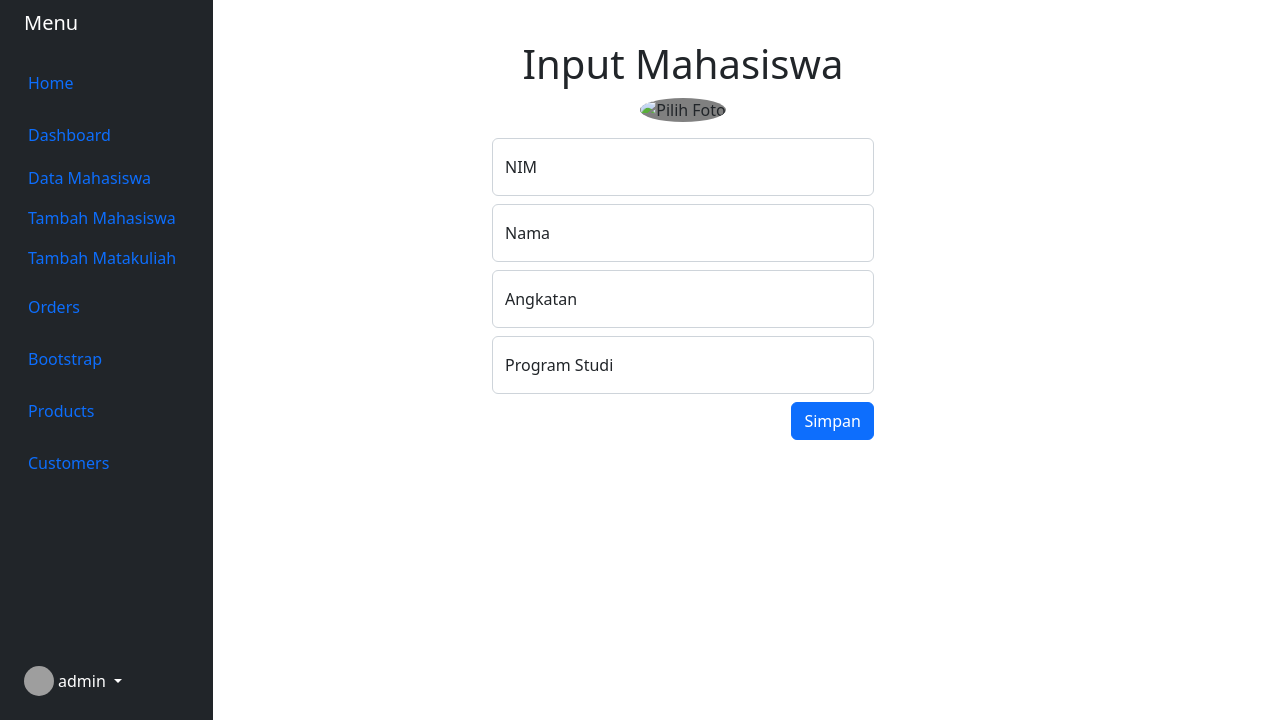
Repository: ervina991/uas-headless-cms
Page: /admin/mahasiswa/createmahasiswa
The author's editor kept a copy of each file at every save. The page is drawn from the files as they stood at one save, then again after a run of saves.
The browser window is 1280 px wide. The pictures show the whole page.
Pictures or frames that could not be fetched are drawn as grey boxes. The project was rebuilt for these pictures with package versions that can differ from the ones it lists, and the page was loaded fresh each time. The framework's server and built-in components were replaced by stand-ins that run in the browser. Also part of the build but not shown: next.config.js.

Above is the page before, as saved 2023-01-15 16:32:41.

### pages/_app.js
//import '../styles/globals.css'
import React from 'react'
import { SessionProvider } from 'next-auth/react'
import 'bootstrap/dist/css/bootstrap.min.css'

function MyApp({ Component, pageProps:{session, ...pageProps} }) {
  return (
    <SessionProvider session={session}>
      <Component {...pageProps} />
    </SessionProvider>
  );
}

export default MyApp

### pages/admin/mahasiswa/createmahasiswa.jsx

import React from 'react';
import AdminLayout from '../../../components/admin/AdminLayout';
import CreateMahasiswa from '../../../components/admin/mahasiswa/CreateMahasiswa';

const createmahasiswa = () => {
    return (
        <AdminLayout>
            <CreateMahasiswa />
        </AdminLayout>
    );
};

export default createmahasiswa;

### components/admin/AdminLayout.js

import SideBar from './SideBar';

function AdminLayout({children}) {
    return (
        <div>
            <SideBar children = {children} />
                {/* {children}
            </SideBar> */}
        </div>
    );
}
export default AdminLayout;

### components/admin/mahasiswa/CreateMahasiswa.js
//@ts-check
import { useState } from "react"
import axios from 'axios'
import React from "react";

const CreateMahasiswa = () => {
    const [nim, setNim] = useState('');
    const [nama, setNama] = useState('');
    const [angkatan, setAngkatan] = useState('');
    const [prodi, setProdi] = useState('');
    const [foto, setFoto] = useState(null);
    const [selectedFile, setSelectedFile] = useState('');
    const [file, setFile] = useState('');

    const onSelectImage = (e) => {
        if (!e.target.files || e.target.files.length === 0) {
            setSelectedFile(undefined)
            return
        }

        const _file = e.target.files[0];

        const reader = new FileReader()
        reader.onload = function () {
            setFile(_file);
            setFoto(reader.result);
        }
        reader.readAsDataURL(_file)
    }

    const getNimAndProdi = ()=>{
        const objProdi = {'11' : 'Teknik Informatika', '31' : 'Manajemen Informatika'}
        const kdProdi = nim.substring(0,2)
        const kdAngkatan = nim.substring(2,4)

        const prodi = objProdi[kdProdi]
        const angkatan = '20' + kdAngkatan

        setProdi(prodi)
        setAngkatan(angkatan)

        console.log(prodi + ',' + kdAngkatan)
    }

    async function submitHandler(e) {
        e.preventDefault()
        try {
            axios
                .post("http://localhost:1337/mahasiswa", {
                    nim,
                    nama,
                    angkatan,
                    prodi,
                })
                .then(response => {
                    console.log(response);
                });


            alert("Penambahan Data Sukses")
            clearInput()
        } catch (e) {
            throw Error(e.message)
        }
    }

    const clearInput = () => {
        setNim('')
        setNama('')
        setAngkatan('')
        setProdi('')
    }

    return (
        <div>
            <div className="container mt-4">
                <form className="w-50 mx-auto" onSubmit={submitHandler}>
                    <h1 className="w-75 text-center">Input Mahasiswa</h1>
                    <div className="w-75 text-center mb-3">
                        <label htmlFor="uploadGambar">
                            <img
                                className="rounded-circle"
                                src={foto} alt="Pilih Foto"
                                style={{
                                    background: "gray",
                                    width: "100px", height: "100px"
                                }} />
                        </label>
                        <input
                            id="uploadGambar"
                            type="file"
                            style={{ display: "none" }}
                            onChange={onSelectImage} />
                    </div>

                    <div className="w-75">


                        <div className="form-floating">
                            <input
                                className="form-control mb-2"
                                id="nim"
                                type="text"
                                placeholder="NIM"
                                value={nim}
                                onChange={(e) => setNim(e.target.value)}
                                onBlur = {getNimAndProdi}
                            />
                            <label htmlFor="nim">NIM</label>
                        </div>

                        <div className="form-floating">
                            <input
                                className="form-control mb-2"
                                id="nama"
                                type="text"
                                placeholder="nama"
                                value={nama}
                                onChange={(e) => setNama(e.target.value)}
                            />
                            <label htmlFor="nim">Nama</label>
                        </div>

                        <div className="form-floating">
                            <input
                                className="form-control mb-2"
                                id="angkatan"
                                type="text"
                                placeholder="angkatan"
                                value={angkatan}
                                onChange={(e) => setAngkatan(e.target.value)}
                            />
                            <label htmlFor="nim">Angkatan</label>
                        </div>
                        <div className="form-floating">
                            <input
                                className="form-control mb-2"
                                id="prodi"
                                type="text"
                                placeholder="Program Studi"
                                value={prodi}
                                onChange={(e) => setProdi(e.target.value)}
                            />
                            <label htmlFor="nim">Program Studi</label>
                        </div>
                    </div>
                    <div className="w-75 d-flex flex-row-reverse">
                        <button
                            className="btn btn-primary"
                            type="submit"
                        >
                            Simpan
                        </button>
                    </div>
                </form>
            </div>
        </div>
    );
}

export default CreateMahasiswa;

### components/admin/SideBar.js
//@ts-check

import Link from 'next/link';
import Script from 'next/script';
const SideBar = ({ children }) => {
    return (
        <div>
            <div className="container-fluid">
                <div className="row flex-nowrap">
                    <div className="col-auto col-md-3 col-xl-2 px-sm-2 px-0 bg-dark">
                        <div className="d-flex flex-column align-items-center align-items-sm-start px-3 pt-2 text-white min-vh-100">
                            <a href="#" className="d-flex align-items-center pb-3 mb-md-0 me-md-auto text-white text-decoration-none">
                                <span className="fs-5 d-none d-sm-inline">Menu</span>
                            </a>
                            <ul className="nav nav-pills flex-column mb-sm-auto mb-0 align-items-center align-items-sm-start" id="menu">
                                <li className="nav-item">
                                    <Link href='/admin'>
                                        <a className="nav-link align-middle px-0">
                                            <i className="fs-4 bi-house" /> <span className="ms-1 d-none d-sm-inline">Home</span>
                                        </a>
                                    </Link>
                                </li>
                                <li>
                                    <a href="#submenu1" data-bs-toggle="collapse" className="nav-link px-0 align-middle">
                                        <i className="fs-4 bi-speedometer2" /> <span className="ms-1 d-none d-sm-inline">Dashboard</span> </a>
                                    <ul className="collapse show nav flex-column ms-1" id="submenu1" data-bs-parent="#menu">
                                       {/*  <li className="w-100">
                                            <Link href={{
                                                            pathname: "/admin/datamahasiswa",
                                                            query : {id : '123', nama:'riza'}}}>
                                                <a className="nav-link px-0">
                                                    <span className="d-none d-sm-inline">Data Mahasiswa</span>
                                                </a>
                                            </Link>
                                        </li> */}
                                         <li className="w-100">
                                            <Link href={"/admin/mahasiswa/datamahasiswa"}>

                                                <a className="nav-link px-0">
                                                    <span className="d-none d-sm-inline">Data Mahasiswa</span>
                                                </a>
                                            </Link>
                                        </li>
                                        <li>
                                            <Link href={"/admin/mahasiswa/createmahasiswa"}>
                                                <a className="nav-link px-0"> <span className="d-none d-sm-inline">Tambah Mahasiswa</span></a>
                                            </Link>
                                        </li>
                                        <li>
                                            <Link href={"/admin/matakuliah/creatematakuliah"}>
                                                <a className="nav-link px-0"> <span className="d-none d-sm-inline">Tambah Matakuliah</span></a>
                                            </Link>
                                        </li>
                                    </ul>
                                </li>
                                <li>
                                    <a href="#" className="nav-link px-0 align-middle">
                                        <i className="fs-4 bi-table" /> <span className="ms-1 d-none d-sm-inline">Orders</span></a>
                                </li>
                                <li>
                                    <a href="#submenu2" data-bs-toggle="collapse" className="nav-link px-0 align-middle ">
                                        <i className="fs-4 bi-bootstrap" /> <span className="ms-1 d-none d-sm-inline">Bootstrap</span></a>
                                    <ul className="collapse nav flex-column ms-1" id="submenu2" data-bs-parent="#menu">
                                        <li className="w-100">
                                            <a href="#" className="nav-link px-0"> <span className="d-none d-sm-inline">Item</span> 1</a>
                                        </li>
                                        <li>
                                            <a href="#" className="nav-link px-0"> <span className="d-none d-sm-inline">Item</span> 2</a>
                                        </li>
                                    </ul>
                                </li>
                                <li>
                                    <a href="#submenu3" data-bs-toggle="collapse" className="nav-link px-0 align-middle">
                                        <i className="fs-4 bi-grid" /> <span className="ms-1 d-none d-sm-inline">Products</span> </a>
                                    <ul className="collapse nav flex-column ms-1" id="submenu3" data-bs-parent="#menu">
                                        <li className="w-100">
                                            <a href="#" className="nav-link px-0"> <span className="d-none d-sm-inline">Product</span> 1</a>
                                        </li>
                                        <li>
                                            <a href="#" className="nav-link px-0"> <span className="d-none d-sm-inline">Product</span> 2</a>
                                        </li>
                                        <li>
                                            <a href="#" className="nav-link px-0"> <span className="d-none d-sm-inline">Product</span> 3</a>
                                        </li>
                                        <li>
                                            <a href="#" className="nav-link px-0"> <span className="d-none d-sm-inline">Product</span> 4</a>
                                        </li>
                                    </ul>
                                </li>
                                <li>
                                    <a href="#" className="nav-link px-0 align-middle">
                                        <i className="fs-4 bi-people" /> <span className="ms-1 d-none d-sm-inline">Customers</span> </a>
                                </li>
                            </ul>
                            <hr />
                            <div className="dropdown pb-4">
                                <a href="#" className="d-flex align-items-center text-white text-decoration-none dropdown-toggle" id="dropdownUser1" data-bs-toggle="dropdown" aria-expanded="false">
                                    <img src="https://github.com/mdo.png" alt="hugenerd" width={30} height={30} className="rounded-circle" />
                                    <span className="d-none d-sm-inline mx-1">admin</span>
                                </a>
                                <ul className="dropdown-menu dropdown-menu-dark text-small shadow">
                                    <li><a className="dropdown-item" href="#">New project...</a></li>
                                    <li><a className="dropdown-item" href="#">Settings</a></li>
                                    <li><a className="dropdown-item" href="#">Profile</a></li>
                                    <li>
                                        <hr className="dropdown-divider" />
                                    </li>
                                    <li><a className="dropdown-item" href="#">Sign out</a></li>
                                </ul>
                            </div>
                        </div>
                    </div>
                    <div className="col py-3">
                        {children}
                    </div>
                </div>
            </div>
            <Script src="https://cdn.jsdelivr.net/npm/bootstrap@5.2.0-beta1/dist/js/bootstrap.bundle.min.js" integrity="sha384-pprn3073KE6tl6bjs2QrFaJGz5/SUsLqktiwsUTF55Jfv3qYSDhgCecCxMW52nD2" crossOrigin="anonymous"></Script>
        </div>
    );
}

export default SideBar;

After the next 2 saves:
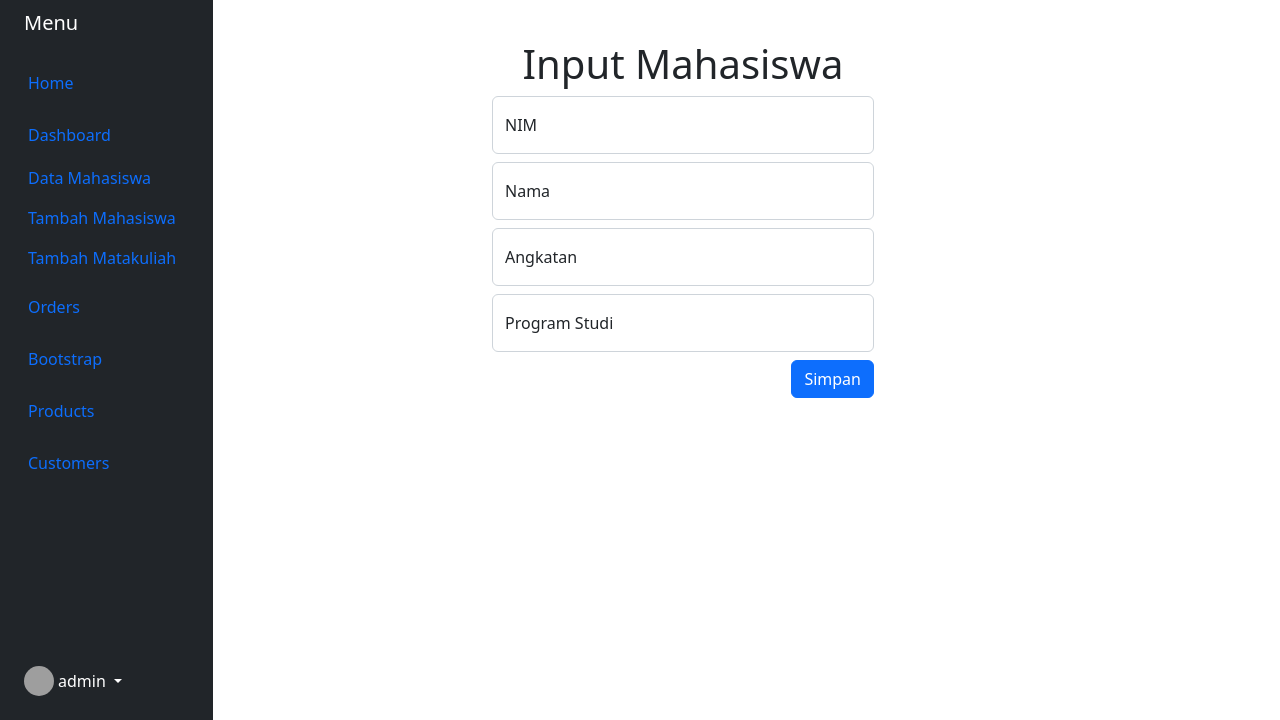
The 2 saves are shown as one change because 1 did not build or start.
The last was saved 100 s later.
--- a/components/admin/mahasiswa/CreateMahasiswa.js
+++ b/components/admin/mahasiswa/CreateMahasiswa.js
@@ -12,7 +12,7 @@ const CreateMahasiswa = () => {
     const [selectedFile, setSelectedFile] = useState('');
     const [file, setFile] = useState('');
 
-    const onSelectImage = (e) => {
+/*     const onSelectImage = (e) => {
         if (!e.target.files || e.target.files.length === 0) {
             setSelectedFile(undefined)
             return
@@ -27,7 +27,7 @@ const CreateMahasiswa = () => {
         }
         reader.readAsDataURL(_file)
     }
-
+ */
     const getNimAndProdi = ()=>{
         const objProdi = {'11' : 'Teknik Informatika', '31' : 'Manajemen Informatika'}
         const kdProdi = nim.substring(0,2)
@@ -76,7 +76,7 @@ const CreateMahasiswa = () => {
             <div className="container mt-4">
                 <form className="w-50 mx-auto" onSubmit={submitHandler}>
                     <h1 className="w-75 text-center">Input Mahasiswa</h1>
-                    <div className="w-75 text-center mb-3">
+{/*                     <div className="w-75 text-center mb-3">
                         <label htmlFor="uploadGambar">
                             <img
                                 className="rounded-circle"
@@ -92,10 +92,8 @@ const CreateMahasiswa = () => {
                             style={{ display: "none" }}
                             onChange={onSelectImage} />
                     </div>
-
+ */}
                     <div className="w-75">
-
-
                         <div className="form-floating">
                             <input
                                 className="form-control mb-2"
